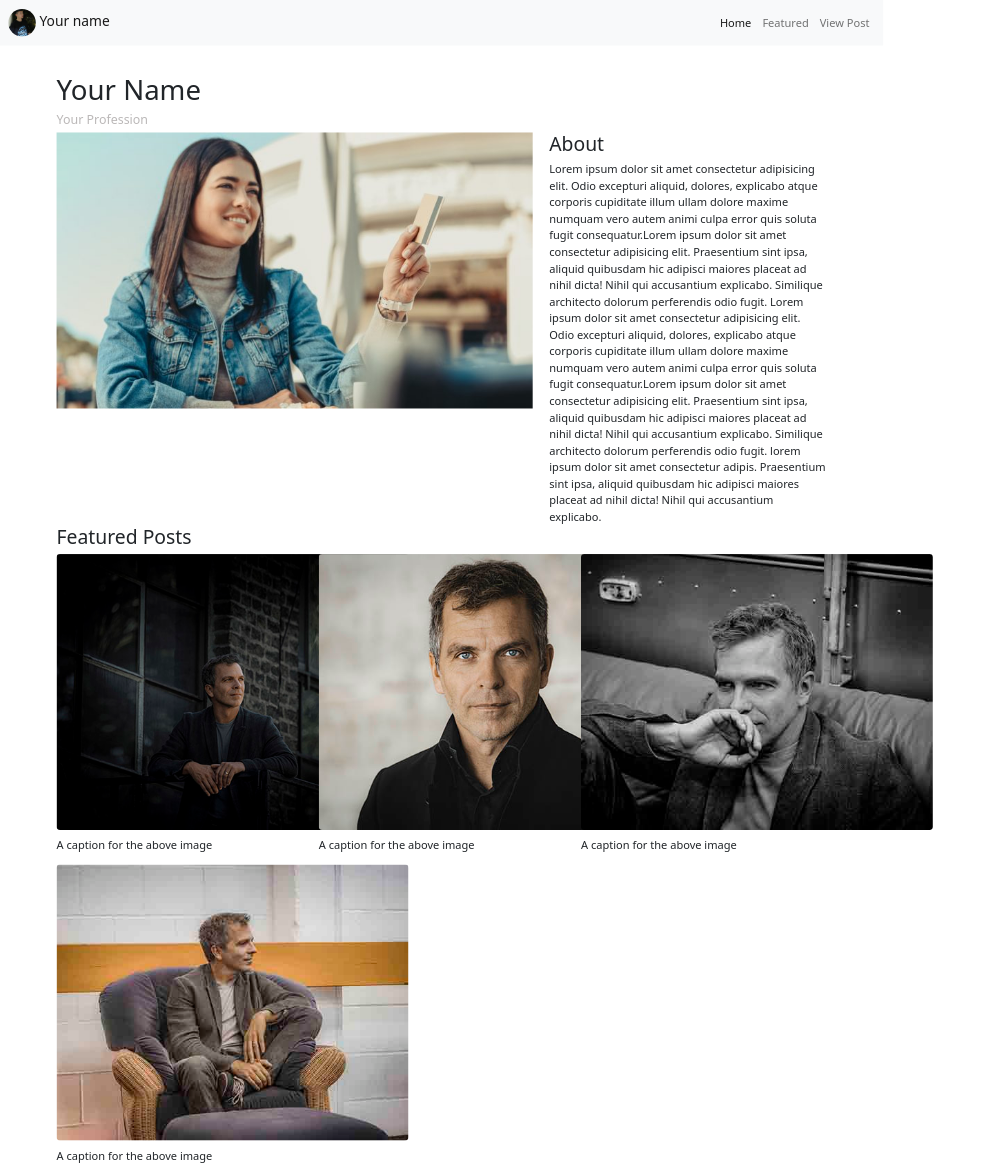
Repository: nvt01/72_1951061106_NgoVanTung
Page: BaiTh1/index.html
The author's editor kept a copy of each file at every save. The page is drawn from the files as they stood at one save, then again after the next save.
The browser window is 1280 px wide. The page is 1352 px wide, then 1447 px, so the pictures cover 1447 px, including what lies to the right of the window. The pictures show the whole page, at 69% of full size.

Above is the page before, as saved 2021-11-30 22:21:53.

After the next save:
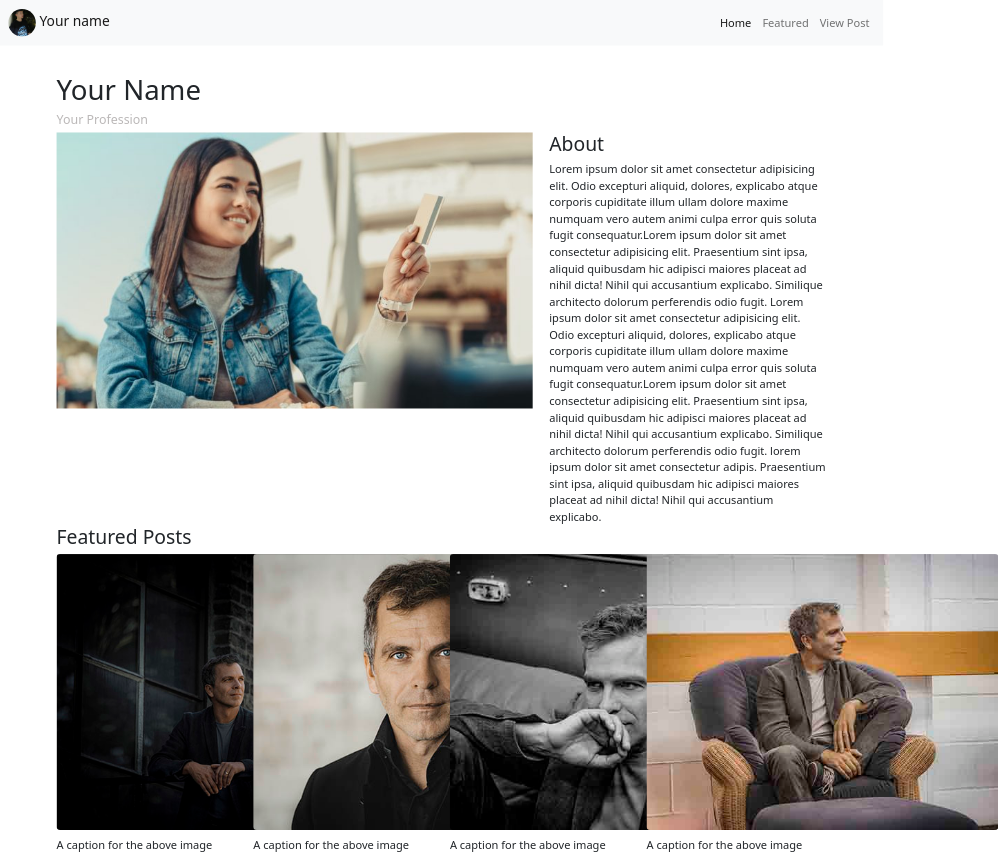
Saved 6 s later.
--- a/BaiTh1/index.html
+++ b/BaiTh1/index.html
@@ -50,19 +50,19 @@
         </div>
         <h3>Featured Posts</h3>
         <div class="row">
-            <div class="col-4">
+            <div class="col-3">
                 <img class="image" src="./img/img2.jpeg" alt="">
                 <p>A caption for the above image</p>
             </div>
-            <div class="col-4">
+            <div class="col-3">
                 <img class="image" src="./img/img3.jpeg" alt="">
                 <p>A caption for the above image</p>
             </div>
-            <div class="col-4">
+            <div class="col-3">
                 <img class="image" src="./img/img5.jpeg" alt="">
                 <p>A caption for the above image</p>
             </div>
-            <div class="col-4">
+            <div class="col-3">
                 <img class="image" src="./img/img6.jpeg" alt="">
                 <p>A caption for the above image</p>
             </div>
